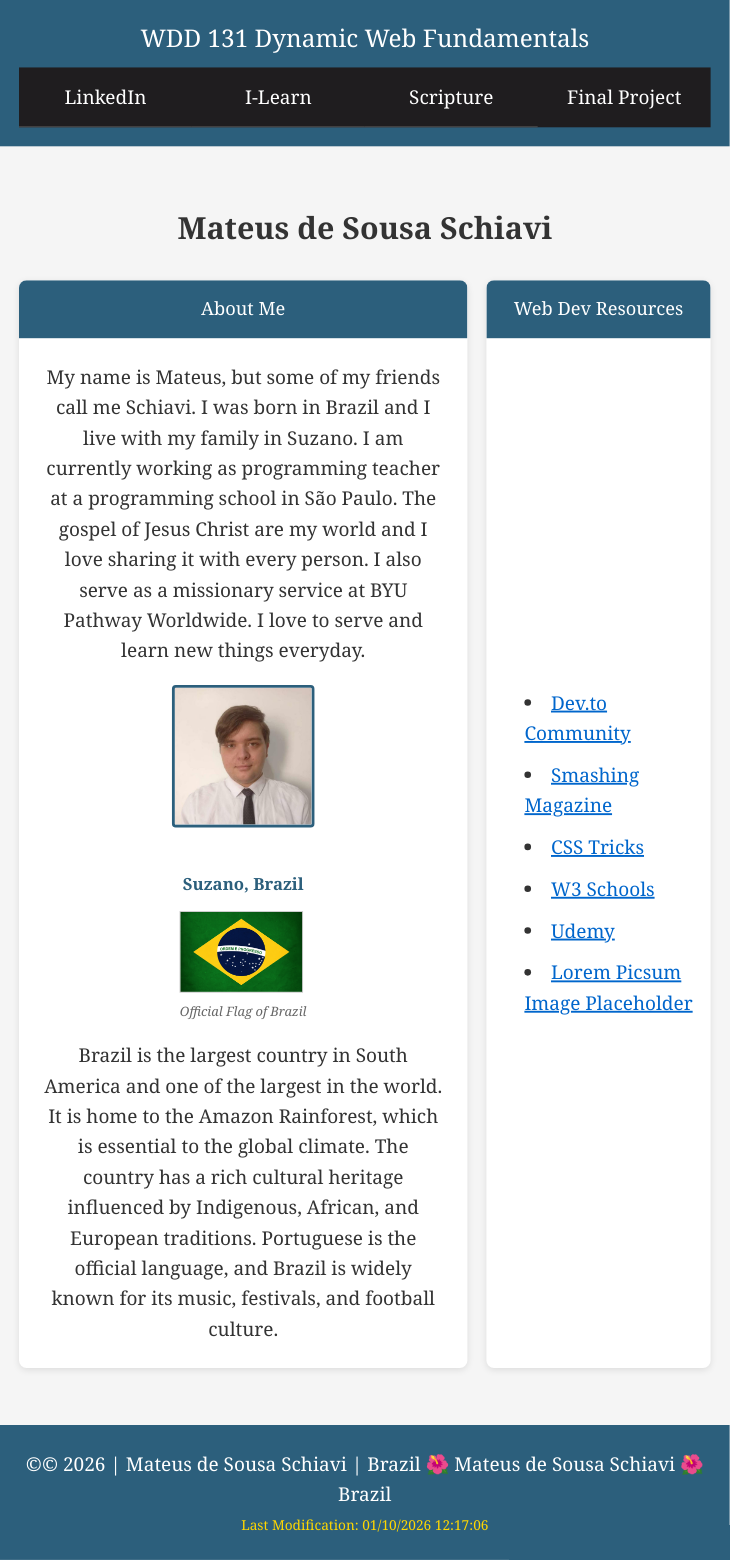
Repository: mateus-schiavi/wdd131
Page: index.html
An editor plug-in stored every save of this project. The page is shown before and after the next save, followed by the edit.
The browser window is 768 px wide. The pictures show the whole page, at 95% of full size.
Some web fonts or font styles are not loaded; a fallback is used.

Above is the page before, as saved 2026-01-10 18:29:26.

### index.html
<!DOCTYPE html>
<html lang="en">

<head>
    <script src="./scripts/getdates.js" defer></script>
    <meta charset="UTF-8">
    <meta name="viewport" content="width=device-width, initial-scale=1.0">
    <meta name="author" content="Mateus de Sousa Schiavi">
    <meta name="description"
        content="Personal homepage for WDD 131 – Dynamic Web Fundamentals, featuring information about Mateus de Sousa Schiavi and useful web development resources.">
    <title>WDD 131 - Dynamic Web Fundamentals - Mateus de Sousa Schiavi</title>
    <link rel="stylesheet" href="./styles/base.css">
    <link rel="preconnect" href="https://fonts.googleapis.com">
    <link rel="preconnect" href="https://fonts.gstatic.com" crossorigin>
    <link href="https://fonts.googleapis.com/css2?family=Ancizar+Serif:ital,wght@0,300..900;1,300..900&display=swap"
        rel="stylesheet">
</head>

<body>
    <header>
    <span id="course-title">WDD 131 Dynamic Web Fundamentals</span>
    <nav>
        <a href="https://www.linkedin.com/in/mateus-de-sousa-schiavi/" target="_blank">LinkedIn</a>
        <a href="https://byupw.instructure.com/" target="_blank">I-Learn</a>
        <a href="https://www.churchofjesuschrist.org/study/scriptures/nt/matt/24?lang=eng&id=p14#p14"
            target="_blank">Scripture</a>
        <a href="#">Final Project</a>
    </nav>
</header>

    <main>
        <h2>Mateus de Sousa Schiavi</h2>
        <div class="content-wrapper">
            <section class="card about-card">
                <h3>About Me</h3>
                <div class="about-content">
                    <div class="text-content">
                        <p>
                            My name is Mateus, but some of my friends call me Schiavi. I was born in Brazil and I live
                            with my family in Suzano. I am currently working as programming teacher at a programming
                            school in São Paulo. The gospel of Jesus Christ are my world and I love sharing it with
                            every person. I also serve as a missionary service at BYU Pathway Worldwide. I love to serve
                            and learn new things everyday.
                        </p>
                    </div>
                    <img src="./images/profile.jpg" alt="Profile picture of Mateus de Sousa Schiavi">
                </div>
                <div class="country">
                    <h4>Suzano, Brazil</h4>
                    <div class="country-content">
                        <figure>
                            <img src="./images/brazilian_flag.jpg" alt="Official flag of Brazil">
                            <figcaption>Official Flag of Brazil</figcaption>
                        </figure>
                        <p>
                            Brazil is the largest country in South America and one of the largest in the world.
                            It is home to the Amazon Rainforest, which is essential to the global climate.
                            The country has a rich cultural heritage influenced by Indigenous, African, and
                            European traditions. Portuguese is the official language, and Brazil is widely
                            known for its music, festivals, and football culture.
                        </p>
                    </div>
                </div>
            </section>
            <section class="card resources-card">
                <h3>Web Dev Resources</h3>
                <ul>
                    <li><a href="https://dev.to/" target="_blank">Dev.to Community</a></li>
                    <li><a href="https://www.smashingmagazine.com/" target="_blank">Smashing Magazine</a></li>
                    <li><a href="https://css-tricks.com/" target="_blank">CSS Tricks</a></li>
                    <li><a href="https://www.w3schools.com/" target="_blank">W3 Schools</a></li>
                    <li><a href="https://www.udemy.com/" target="_blank">Udemy</a></li>
                    <li><a href="https://picsum.photos/" target="_blank">Lorem Picsum Image Placeholder</a></li>
                </ul>
            </section>
        </div>
    </main>
    <footer>
        <p>©<span id="currentYear"></span> 🌺 Mateus de Sousa Schiavi 🌺 Brazil</p>
        <p id="lastModified"></p>
    </footer>
</body>

</html>

### scripts/getdates.js
const currentYear = new Date().getFullYear();

document.getElementById("currentYear").textContent = `© ${currentYear} | Mateus de Sousa Schiavi | Brazil`;

const lastModifiedDate = document.lastModified;

document.getElementById("lastModified").textContent = `Last Modification: ${lastModifiedDate}`;

### styles/base.css
* {
  margin: 0;
  padding: 0;
  box-sizing: border-box;
}

body {
  font-family: 'Ancizar Serif', Georgia, serif;
  background-color: #f5f5f5;
  line-height: 1.6;
  font-size: 20px;
  color: #333;
}

header {
  background-color: #2c5f7c;
  color: white;
  padding: 20px;
  text-align: center;
}

#course-title {
  display: block;
  font-size: 1.6rem;
  font-weight: 400;
  margin-bottom: 10px;
}

nav {
  background-color: #1f1d1f;
  display: flex;
  justify-content: space-around;
  flex-wrap: wrap;
}

nav a {
  color: white;
  text-decoration: none;
  padding: 15px 20px;
  display: block;
  flex: 1;
  text-align: center;
  transition: background-color 0.3s;
}

nav a:hover,
nav a:focus {
  background-color: #444;
}

main {
  max-width: 1200px;
  margin: 60px auto;
  padding: 0 20px;
}

main > h2 {
  text-align: center;
  font-size: 2rem;
  margin-bottom: 30px;
  color: #333;
}

.content-wrapper {
  display: grid;
  grid-template-columns: 2fr 1fr;
  gap: 20px;
}

.card {
  background-color: white;
  border-radius: 8px;
  box-shadow: 0 2px 8px rgba(0, 0, 0, 0.1);
  overflow: hidden;
  transition: transform 0.2s ease, box-shadow 0.2s ease;
}

.card:hover {
  transform: translate(-3px);
  box-shadow: 0 4px 12px rgba(0, 0, 0, 0.15);
}

.card h3 {
  background-color: #2c5f7c;
  color: white;
  padding: 15px;
  text-align: center;
  font-size: 1.2rem;
  margin: 0;
  font-weight: normal;
}

.about-card .about-content {
  padding: 25px;
  display: flex;
  gap: 20px;
  align-items: flex-start;
}

.text-content {
  flex: 1;
}

.text-content p {
  max-width: 65ch;
  text-align: left;
}

.about-content img {
  width: 150px;
  height: auto;
  border: 3px solid #2c5f7c;
  border-radius: 4px;
  flex-shrink: 0;
}

.country {
  padding: 25px;
  padding-top: 20px;
}

.country h4 {
  text-align: center;
  color: #2c5f7c;
  margin-bottom: 15px;
  font-size: 1.1rem;
}

.country-content {
  display: flex;
  gap: 20px;
  align-items: center;
  margin-top: 15px;
}

.country-content figure {
  text-align: center;
  margin: 0;
  flex-shrink: 0;
}

.country-content figure img {
  width: 130px;
  height: auto;
  border: 1px solid #ccc;
  display: block;
  margin-bottom: 8px;
}

.country-content figcaption {
  font-size: 0.85rem;
  font-style: italic;
  color: #666;
}

.country-content p {
  flex: 1;
  max-width: 65ch;
  text-align: left;
}

.resources-card {
  display: flex;
  flex-direction: column;
}

.resources-card ul {
  padding-left: 40px;
  list-style-position: inside;
  display: flex;
  flex-direction: column;
  justify-content: center;
  height: 100%;
}

.resources-card li {
  margin-bottom: 12px;
}

.resources-card li:last-child {
  margin-bottom: 0;
}

.resources-card a {
  color: #0066cc;
  text-decoration: underline;
  transition: color 0.2s;
}

.resources-card a:hover,
.resources-card a:focus {
  color: #004499;
}

footer {
  background-color: #2c5f7c;
  color: white;
  text-align: center;
  padding: 20px;
  margin-top: 40px;
}

footer p {
  margin: 5px 0;
}

#lastModified {
  font-size: 0.9rem;
  color: #ffd700;
}

@media (max-width: 900px) {
  .content-wrapper {
    flex-direction: column;
  }

  nav a {
    border-bottom: 1px solid #555;
  }

  nav a:last-child {
    border-bottom: none;
  }

  .about-card .about-content {
    flex-direction: column;
    align-items: center;
    text-align: center;
  }

  .about-card .text-content p {
    text-align: center;
  }

  .country-content {
    flex-direction: column;
    text-align: center;
  }

  .country-content p {
    text-align: center;
  }
}

After the next save:
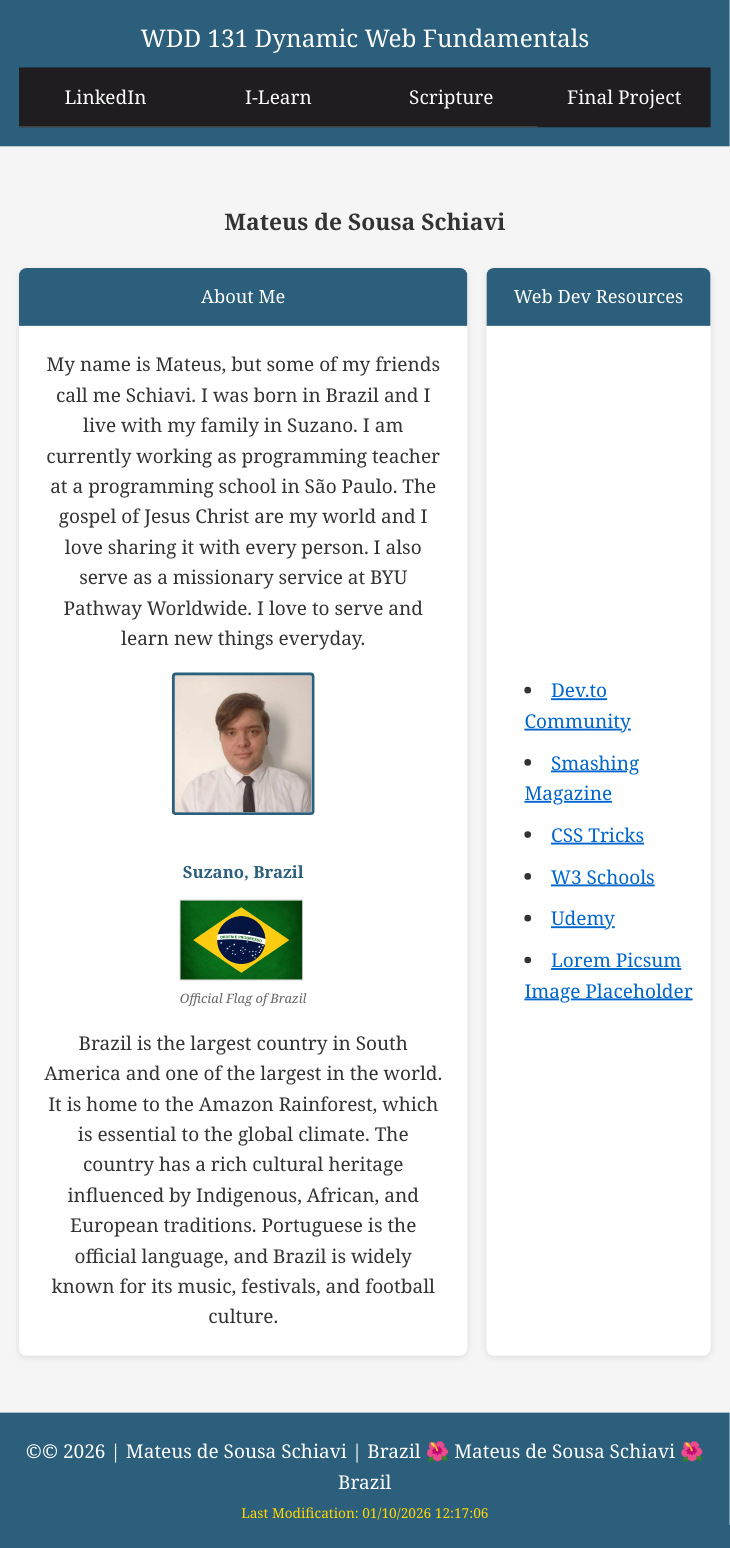
Saved 13 s later.
--- a/styles/base.css
+++ b/styles/base.css
@@ -240,4 +240,8 @@ footer p {
   .country-content p {
     text-align: center;
   }
-}
+
+  main > h2 {
+    font-size: 1.5rem;
+  }
+}
